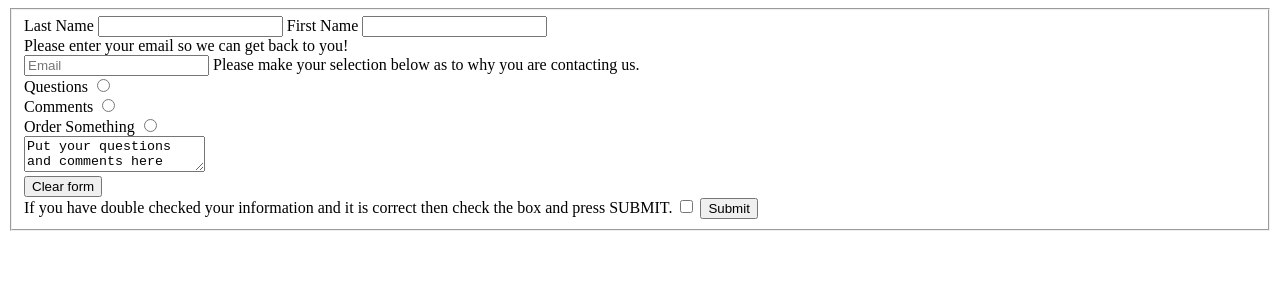
Repository: nsisk1/web-page-project
Page: contact-us.html
The author's editor kept a copy of each file at every save. The page is drawn from the files as they stood at one save, then again after the next save.
The browser window is 1280 px wide. The pictures show the whole page.

Above is the page before, as saved 2024-07-14 10:08:35.

After the next save:
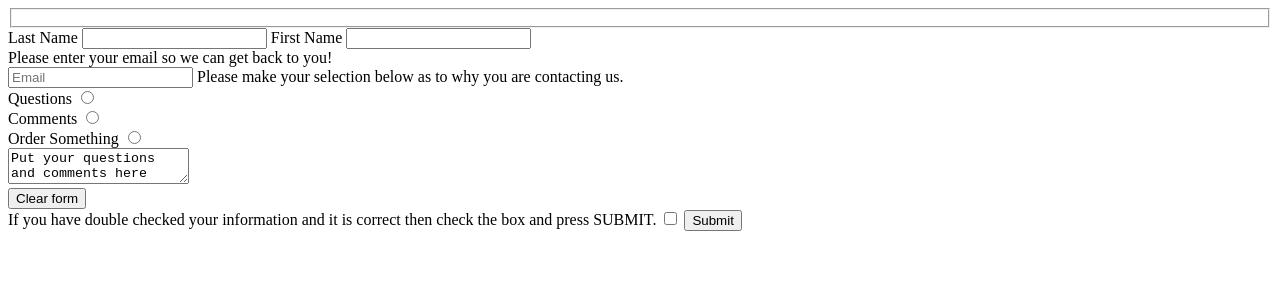
Saved 13 s later.
--- a/contact-us.html
+++ b/contact-us.html
@@ -5,7 +5,7 @@
     </head>
     <body>
         <form id="myMailerForm" action="mailto:nsisk1@student.dallascollege.edu" method="post">
-            <fieldset
+            <fieldset></fieldset>
             <label>Last Name
                 <input type="text" name="lastname" required>
             </label>
